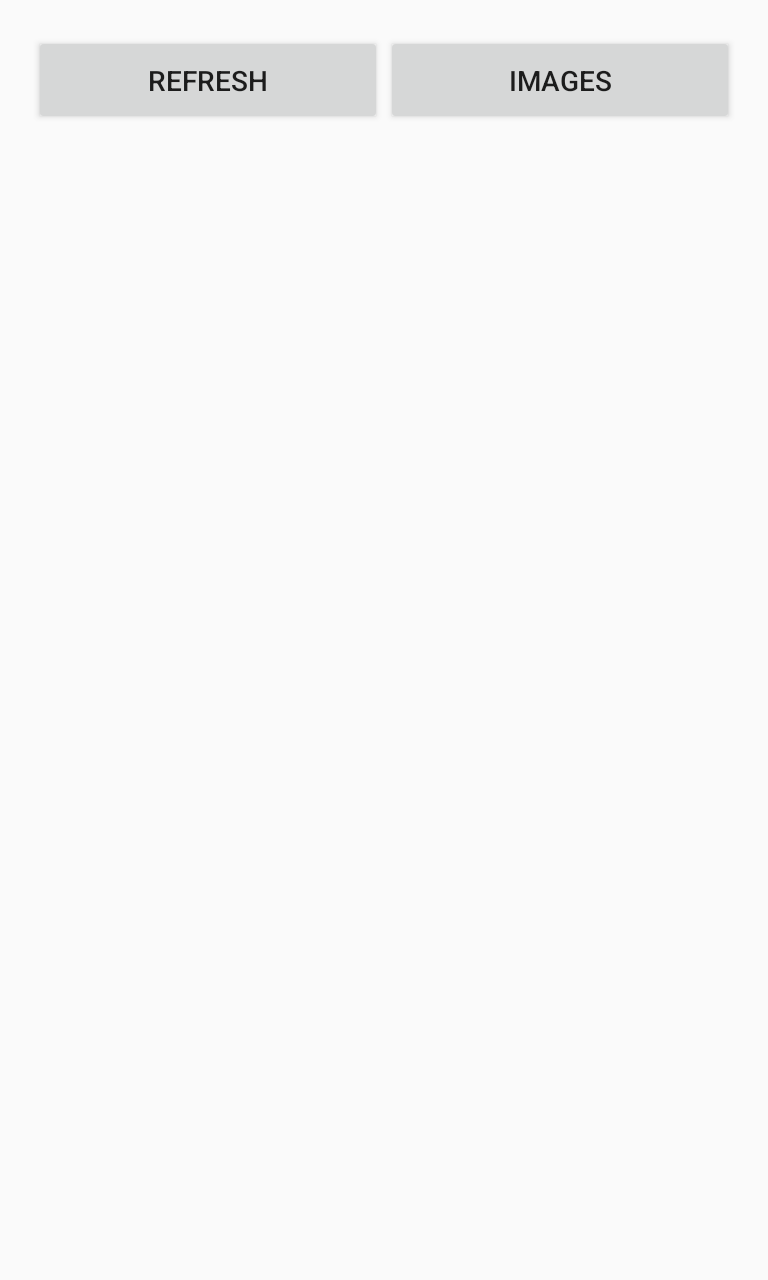
Repository: browndrf/cmpe283
Layout: myopenstack/res/layout/activity_main.xml
An editor plug-in stored every save of this project. The layout is shown before and after the next save, followed by the edit.
It is drawn on a 768 x 1280 px phone screen (xhdpi) without system bars, with theme AppTheme; the app's code is not run.

Above is the layout before, as saved 2014-09-13 18:36:21.

After the next save:
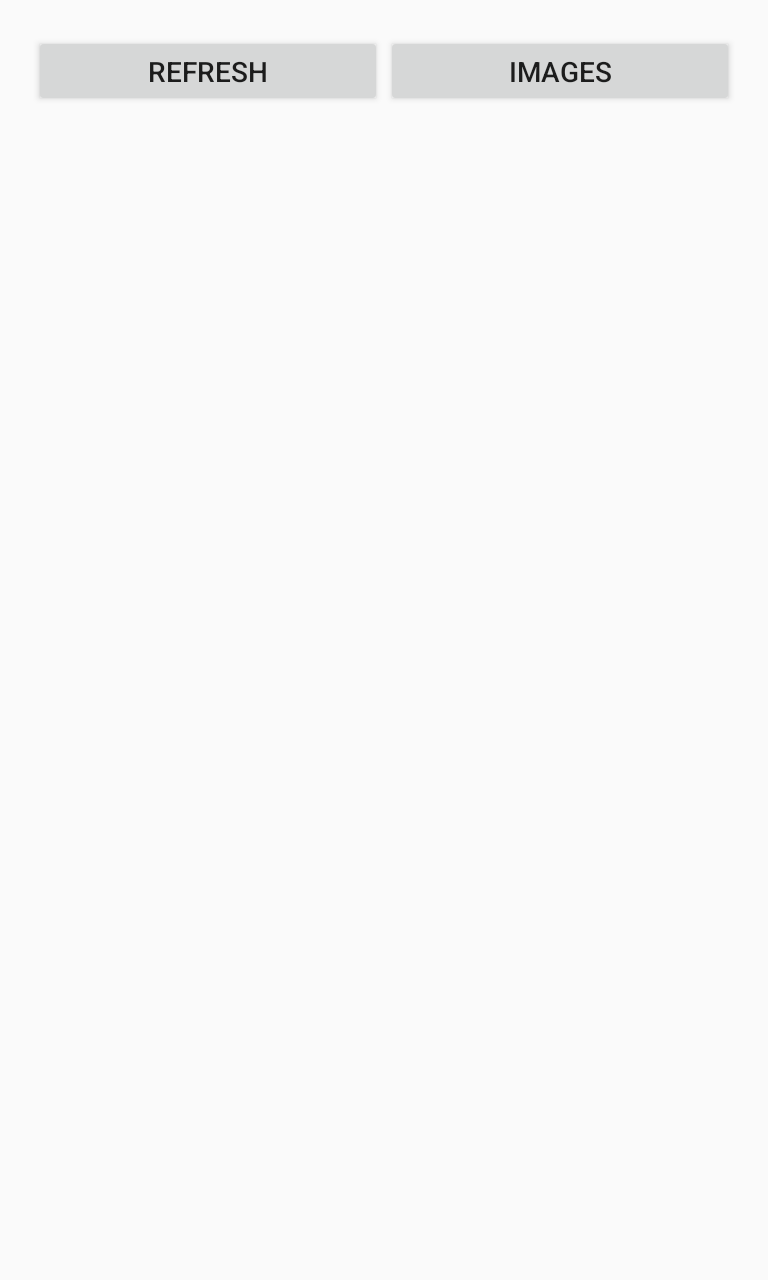
Saved 63 s later.
--- a/myopenstack/res/layout/activity_main.xml
+++ b/myopenstack/res/layout/activity_main.xml
@@ -19,6 +19,7 @@
             android:layout_width="wrap_content"
             android:layout_height="wrap_content"
             android:layout_weight="1"
+            android:minHeight="10dp"
             android:text="Refresh" >
         </Button>
 
@@ -27,6 +28,7 @@
             android:layout_width="wrap_content"
             android:layout_height="wrap_content"
             android:layout_weight="1"
+            android:minHeight="10dp"
             android:text="Images" >
         </Button>
     </LinearLayout>
